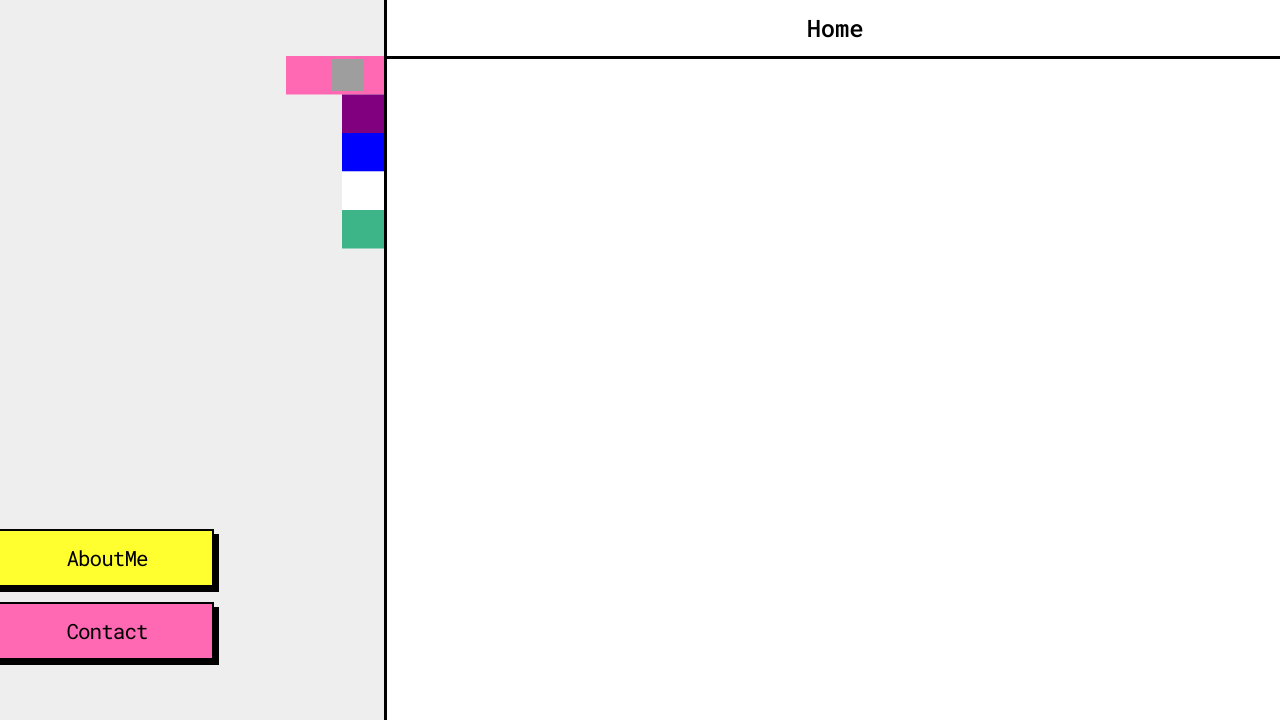
Repository: keesuk/__esuke_
Page: /Pigeon
These files come from the project's save history. The page is drawn as it stood at one moment and after the next save; the edit follows.
The browser window is 1280 px wide. The pictures show the whole page.
Pictures or frames that could not be fetched are drawn as grey boxes. The project was rebuilt for these pictures with package versions that can differ from the ones it lists, and the page was loaded fresh each time. Also part of the build but not shown: src/components/_AboutMe.jsx, src/components/_Contact.jsx, src/components/Left.js, src/components/Introduce.js, src/components/FolioList.js, src/pages/_Projects.jsx.

Above is the page before, as saved 2021-02-05 12:38:04.

### public/index.html
<!DOCTYPE html>
<html lang="kr">
  <head>
    <meta charset="utf-8" />
    <link rel="icon" href="%PUBLIC_URL%/favicon.ico" />
    <meta name="viewport" content="width=device-width, initial-scale=1" />
    <meta name="theme-color" content="#000000" />
    <meta
      name="description"
      content="Web site created using create-react-app"
    />
    <link rel="apple-touch-icon" href="%PUBLIC_URL%/logo192.png" />
    <link rel="manifest" href="%PUBLIC_URL%/manifest.json" />
    <title>React App</title>
  </head>
  <body>
    <div id="root"></div>
  </body>
</html>

### src/index.js
import React from 'react';
import ReactDOM from 'react-dom';
import './index.css';
import Root from './client/Root';
import reportWebVitals from './reportWebVitals';
import { createMuiTheme } from '@material-ui/core/styles';


createMuiTheme({
    typography: {
        useNextVariants: true,
        fontFamily: '"Noto Sans KR"'
    }
});

ReactDOM.render(<Root />, document.getElementById('root'));
reportWebVitals();

### src/index.css
@import url(https://fonts.googleapis.com/earlyaccess/notosanskr.css);
@import url(https://fonts.googleapis.com/css2?family=Roboto+Mono:wght@200;300;400;500;600;700&display=swap);

body {
    margin: 0;
    user-select: none;
    font-family: -apple-system, BlinkMacSystemFont, 'Segoe UI', 'Roboto', 'Oxygen','Ubuntu', 'Cantarell', 'Fira Sans', 'Droid Sans', 'Helvetica Neue',sans-serif;
    font-family: 'Roboto Mono', monospace !important;
    -webkit-font-smoothing: antialiased;
    -moz-osx-font-smoothing: grayscale;
    cursor: url("data:[embedded picture, 1918 characters]"), auto;
}

/* font-family: 'Noto Sans KR' !important; */

code {
    font-family: 'source-code-pro', 'Menlo', 'Monaco', 'Consolas', 'Courier New',monospace;
}

button {
    all: unset;
    cursor: url("data:[embedded picture, 2146 characters]"), pointer;
}

a {
    all: unset;
    cursor: url("data:[embedded picture, 2146 characters]"), pointer;
}

a:visited {
    color: inherit;
}

header {
    all: unset;
}

@keyframes effect {
    0%   { opacity: 0; }
    95%  { opacity: 0; }
    100% { opacity: 1; }
};

### src/client/Root.js
import React from "react";
import { BrowserRouter } from "react-router-dom";
import smoothscroll from 'smoothscroll-polyfill';
import App from "../shared/App";


const Root = () => {
    smoothscroll.polyfill()

    return(
        <BrowserRouter>
            <App/>
        </BrowserRouter>
    )
}

export default Root;

### src/shared/App.js
import { Component } from "react";
import { Route } from "react-router-dom";

import Index from "../components/Index"
import Home from "../components/Home"
import Menu from "../components/Menu"
import Left from "../components/Left"

import styled from "styled-components";
import Projects from "../pages/_Projects.jsx";

import { line_1, all_portFolio, app_Div } from "../_data/_Functions.jsx";

const RightDiv = styled.div`
    width: 70vw;
    margin-left: 30vw;
    z-index: 50;
    border-left: ${line_1};
    background-color: #FFF;
    ${app_Div}
`;
const LeftDiv = styled.div`
    width: 30vw;
    z-index: 0;
    background-color: #EEE;
    ${app_Div}
`;

class App extends Component {
    render() {
        return (<>
            <header>
                <Route path="/">
                    <Home/>
                    <Menu/>
                    <Index/>
                </Route>
            </header>
            <RightDiv>
                <Route exact path="/" component={Projects}/>
                {all_portFolio.map(v =>
                <Route
                    path={"/" + v["title"]}
                    key={v["title"]}
                    component={v["componentR"]}
                />)}
            </RightDiv>
            <LeftDiv>
                <Route path="/" component={Left}/>
            </LeftDiv>
        </>)
    }
}

export default App;

### src/components/Index.js
import React from 'react';
import styled from 'styled-components';
import { NavLink } from "react-router-dom";

import { all_portFolio } from '../_data/_Functions.jsx';

const width = 60
const hoverWidth = 140
const border = 4.5
const right = hoverWidth + 15
const height = width-5
const imgWidth = height - (border * 2)
const marginLeft = width

const IndexDiv = styled.div`
    @media all and (min-width:0px) and (max-width:1080px) {transform: scale(0.6, 0.6);}
    @media all and (min-width:1081px) {transform: scale(0.7, 0.7);}
    transform-origin: top right;
    transition: all .2s ;
    position: absolute;
    z-index: 50;
    width: ${width}px;
    margin-left: -${width}px;
    height: 50vh;
    left: 30vw;
    margin-top: 3.5em;
    float: right;

    &:hover {
        @media all and (min-width:0px) and (max-width:1080px) {transform: scale(0.9, 0.9);}
        @media all and (min-width:1081px) {transform: scale(1.0, 1.0);}
    }

    .active {
        width: ${hoverWidth}px;
    }
`;
const IndexContent = styled(NavLink)`
    width: ${width}px;
    height: ${height}px;
    float: right;
    padding: 0;
    white-space: nowrap;
    transition: all .2s ease;
    background-color: ${props => props.color};

    &:hover {
        width: ${hoverWidth}px;
    }
    &:active {
        width: ${hoverWidth + 12}px;
    }
    .img {
        margin-left: ${marginLeft}px;
        border: ${border}px solid ${props => props.color};
        width: ${imgWidth}px;
        height: ${imgWidth}px;
    }
    .title {
        right: ${right}px;
        height: ${height}px;
        transform: translateY(-80%);
        position: absolute;
        font-size: 18px;
        font-weight: 400;
        opacity: 0;
        display: none;
    }
    &:hover .title {
        opacity: 1;
        display: block;
    }
`;

const Index = () => {
    return (
        <IndexDiv>
            {all_portFolio.map(v =>
                <IndexContent
                    to={v["title"]}
                    key={v["title"]}
                    color={v["color"]}
                    activeClassName="active"
                >
                    <img className="img" src={v["img"]} alt={""}/>
                    <div className="title">{v["title"]}</div>
                </IndexContent>
            )}
        </IndexDiv>
    )
}

export default Index;

### src/components/Home.js
import React from 'react';
import styled from 'styled-components';
import { Link } from "react-router-dom";
import { line_1, rainbow } from '../_data/_Functions.jsx';


const HomeButton = styled.button`
    position: fixed;
    z-index: 100;
    border-left: ${line_1};
    border-bottom: ${line_1};
    background-color: white;
    width: 70vw;
    height: 3.5em;
    margin-left: 30vw;

    div {
        display: flex;
        font-size: 1.5em;
        font-weight: 500;
        width: 100%;
        justify-content: center;
        align-items: center;
        letter-spacing: -.01em;
    }
    &:after {
        content: "";
        position: absolute;
        width: 30%;
        height: .15em;
        left: 35%;
        right: 35%;
        top: 50%;
        bottom: 50%;
        visibility: hidden;
        background: ${rainbow};
    }
    &:hover:after {
        visibility: visible;
    }
`;

const Home = () => {
    return(
        <Link to="/">
            <HomeButton>
                <div>Home</div>
            </HomeButton>
        </Link>
    )
}
export default Home;

### src/components/Menu.js
import { Component } from "react";
import styled from 'styled-components';
import AboutMe from "../components/_AboutMe.jsx";
import Contact from "../components/_Contact.jsx";

import { line_3, menu_menu, menu_aboutMe } from '../_data/_Functions.jsx';

const MenuDiv = styled.div`
    position: fixed;
    z-index: 1000;
    display: grid;
    grid-gap: 15px;
    margin-left: -30px;
    bottom: 60px;
`;
const MenuObj = styled.div`
    button {
        padding-left: 30px;
        width: 210px;
        height: 54px;
        border: ${line_3};
        box-shadow: 5px 5px black;

        .open {
            font-weight: 400;
            font-size: 21px;
            width: 210px;
            letter-spacing: -1px;
            text-align: center;
            align-items: auto;
        }
        .close {
            position: absolute;
            color: white;
            z-index: 100;
            margin-left: ${props => props.leftText};
            margin-top: ${props => props.marginText};
            font-size: 12px;
            font-weight: 600;
            white-space: nowrap;
            transform: rotate(-90deg);
        }
    }
    .postIt {
        &:hover {
            text-decoration-line: line-through;
            text-decoration-thickness: 3.5px;
            box-shadow: 6px 6px 6px #999;
        }
        &:active {
            text-decoration-line: line-through;
            text-decoration-thickness: 2px;
            box-shadow: 2px 2px 2px #666;
        }
    }
    .postItAfter {
        width: ${props => props.width};
        box-shadow: none;
        border-right: 0px;

        &:hover {
            box-shadow: -4px 3.5px 3.5px rgba(0, 0, 0, .5);
        }
        &:after {
            content: "";
            position: absolute;
            width: 58px;
            height: ${props => props.height};
            left: ${props => props.left};
            margin-top: ${props => props.margin};
            background-color: black;
        }
        &:hover:after {
            box-shadow: 0em -.1em .8em rgba(0, 0, 0, .3);
        }
        &:before {
            content: "";
            position: absolute;
            left: ${props => props.left};
            margin-top: -29px;
            width: 0;
            height: 0;
            border-style: solid;
            border-width: 58px 58px 0 0;
            border-color: black transparent transparent transparent;
        }
    }
`;

class Menu extends Component {
    constructor(props){
        super(props)
        this.state = {
            menu: {},
            aboutMe: {},
        }
        this.postItHandler = this.postItHandler.bind(this)
        this.postItClose = this.postItClose.bind(this)
        this.postItReorder = this.postItReorder.bind(this)
    }

    componentDidMount(){
        this._menu()
        this._aboutMe()
    }
    _menu(){
        const menuObj = {}

        menu_menu.map(v => Object.assign(menuObj, {
            [v.title] : false
        }))
        this.setState({ menu : menuObj })
    }
    _aboutMe(){
        const aboutMeObj = {}

        menu_aboutMe.map(v => Object.assign(aboutMeObj, {
            [menu_aboutMe.indexOf(v)] : {
                "value": menu_aboutMe.indexOf(v),
                "bool" : false
        }}))
        this.setState({ aboutMe : aboutMeObj })
    }
    postItHandler(v){
        const bool = this.state.menu[v]
        const menuObj = this.state.menu
        const aboutMeObj = this.state.aboutMe

        if(v === "AboutMe"){
            if(bool === true){
                for(let key in aboutMeObj){
                    aboutMeObj[key]["value"] = parseInt(key)
                    aboutMeObj[key]["bool"] = false
            }}else{
                for(let key in aboutMeObj){
                    aboutMeObj[key]["bool"] = true
        }}}
        menuObj[v] = !bool

        this.setState({
            menu : menuObj,
            aboutMe : aboutMeObj
        })
    }
    postItClose(num){
        const aboutMeObj = this.state.aboutMe
        aboutMeObj[num]["bool"] = false

        this.setState({ aboutMe : aboutMeObj })
    }
    postItReorder(num){
        const aboutMeObj = this.state.aboutMe
        const last = Object.keys(aboutMeObj).length-1

        for(let key in aboutMeObj) aboutMeObj[key]["value"]--

        aboutMeObj[num]["value"] = last
        this.setState({ aboutMe : aboutMeObj })
    }


    render(){
        const { menu, aboutMe }  = this.state

        return(<>
            {menu["AboutMe"]
                ? menu_aboutMe.map((v, i) =>
                    aboutMe[i]["bool"]
                    ? <AboutMe
                        close={this.postItClose}
                        order={this.postItReorder}
                        value={aboutMe[i]["value"]}
                        tape={v["tape"]}
                        width={v["width"]}
                        color={v["color"]}
                        borColor={v["borColor"]}
                        content={v["content"]}
                        key={i}
                        num={i}/>
                    : null)
                : null
            }
            {menu["Contact"]
                ? <Contact/>
                : null
            }
            <MenuDiv>
                {menu_menu.map(v =>
                    <MenuObj
                        left={v["left"]}
                        leftText={v["leftText"]}
                        margin={v["margin"]}
                        marginText={v["marginText"]}
                        height={v["height"]}
                        width={v["width"]}
                        key={v["title"]}
                    >
                        <button
                            onClick={()=> this.postItHandler(v["title"])}
                            className={menu[v["title"]] ? "postItAfter": "postIt"}
                            style={{backgroundColor: v["color"]}}
                        >
                            {menu[v["title"]]
                                ? <div className="close">Close All</div>
                                : <div className="open">{v["title"]}</div>
                            }
                        </button>
                    </MenuObj>
                )}
            </MenuDiv>
        </>)
    }
}

export default Menu;

### src/_data/_Functions.jsx
import Pigeon from "../pages/_Pigeon.jsx"
import Ruler from "../pages/_Ruler.jsx"
import Onvoyage from "../pages/_Onvoyage.jsx"
import Gmf from "../pages/_Gmf.jsx"
import Samsara from "../pages/_Samsara.jsx"

import PigeonImg from "./img/Pigeon.png"
import RulerImg from "./img/Ruler.png"
import OnvoyageImg from "./img/Onvoyage.png"
import GmfImg from "./img/Gmf.png"
import SamsaraImg from "./img/Samsara.png"

export const yellow = "#ffff2f"
export const deepYellow = "#ccaa66"

export const purple = "rgba(200, 100, 250, .8)"
export const red = "rgba(250, 100, 250, .8)"
export const cyan = "rgba(100, 250, 250, .8)"
export const green = "rgba(150, 250, 80, .8)"

export const pink = "hotpink"
export const rainbow = "linear-gradient(to right, red, orange, yellow, green, cyan, blue, violet)"

export const paperTexture = "https://media.istockphoto.com/photos/paper-texture-background-picture-id667786998?b=1&k=6&m=667786998&s=612x612&w=0&h=8lcKr0m8Vs8JUUHGa7Dz7CZa5ln-xsD5on7nLFKRg8c="

export const blueS = (opacity) => `rgba(0, 0, 250, ${opacity})`
export const redS = (opacity) => `rgba(250, 60, 0, ${opacity})`
export const greenS = (opacity) => `rgb(0, 250, 0, ${opacity})`

export const line_1 = ".19em solid black"
export const line_2 = ".13em solid"
export const line_3 = "2px solid black"
export const line_4 = "2em solid rgba(250, 250, 0, .8)"

export const app_Div = `
    position: fixed;
    overflow: scroll;
    height: 91vh;
    padding-top: 9vh;
`

export const introDiv_introduce = "Keesuk Lee is a graphic Designer and Developer living in Seoul, S.Korea."

export const projects_link = [
    {
        "title" : "Instagram",
        "link" : "https://www.instagram.com/keesukeeeeee/",
        "color": "#F58529, #DD2A7B, #8134AF, #515BD4"
    }, {
        "title" : "Github",
        "link" : "https://github.com/keesuk",
        "color": "#216e39, #30a14e, #40c463"
    }
]
export const all_portFolio = [
    {
        "title": "Pigeon",
        "category": "Editorial",
        "color" : "hotpink",
        "img" : PigeonImg,
        "componentR" : Pigeon,
        "componentL" : null,
    },{
        "title": "Samsara",
        "category": "Poster",
        "color" : "purple",
        "img" : SamsaraImg,
        "componentR" : Samsara,
        "componentL" : null,
    },{
        "title": "Ruler",
        "category": "Editorial",
        "color" : "blue",
        "img" : RulerImg,
        "componentR" : Ruler,
        "componentL" : null,
    },{
        "title": "on Voyage",
        "category": "VR UI/UX",
        "color" : "white",
        "img" : OnvoyageImg,
        "componentR" : Onvoyage,
        "componentL" : null,
    },{
        "title": "GMF Festival",
        "category": "Branding",
        "color" : "#3EB489",
        "img" : GmfImg,
        "componentR" : Gmf,
        "componentL" : null,
    },
]
export const menu_menu = [
    {
        "title" : "AboutMe",
        "color": yellow,
        "left" : "122px",
        "leftText" : "86px",
        "height" : "66px",
        "margin" : "-95px",
        "marginText" : "-57px",
        "width" : "90px"
    }, {
        "title" : "Contact",
        "color": pink,
        "left" : "48px",
        "leftText" : "13px",
        "height" : "139px",
        "margin" : "-168px",
        "marginText" : "-130px",
        "width" : "16px"
    }
]
export const menu_aboutMe = [
    {
        "content" : "",
        "width" : "300px",
        "color" : "white",
        "borColor" : "#aaa",
        "tape" : {
            "angle" : randomize([-30, -20, -10, -5, 2, 10, 20, 30]),
            "color" : randomize([purple, red]),
            "length" :"80px",
        }
    },{
        "content" : "",
        "width" : "300px",
        "color" : "white",
        "borColor" : "#aaa",
        "tape" : {
            "angle" : randomize([-36, -27, -13, -7, 5, 13, 27, 36]),
            "color" : randomize([cyan, green]),
            "length" : "160px",
        }
    },{
        "content" : "",
        "width" : "200px",
        "color" : yellow,
        "borColor" : deepYellow,
        "tape" : null,
    },{
        "content" : "",
        "width" : "200px",
        "color" : yellow,
        "borColor" : deepYellow,
        "tape" : null,
    },{
        "content" : "",
        "width" : "200px",
        "color" : yellow,
        "borColor" : deepYellow,
        "tape" : null,
    },{
        "content" : "",
        "width" : "200px",
        "color" : yellow,
        "borColor" : deepYellow,
        "tape" : null,
    },{
        "content" : "",
        "width" : "200px",
        "color" : yellow,
        "borColor" : deepYellow,
        "tape" : null,
    },{
        "content" : "",
        "width" : "200px",
        "color" : yellow,
        "borColor" : deepYellow,
        "tape" : null,
    }
]


export function randomize(items) {
    const item = items[Math.floor(Math.random() * items.length)]
    return item
}

export function change(items) {
    let i = 0

    function changeRe(items){
        i = (i+1) % items.length
        return items[i]
    }
    return changeRe(items)
}

export function move(arr, from, to){
    return arr.splice(to, 0, arr.splice(from, 1)[0])
}

export function findObject(obj, boolean) {
    let arr = obj

    if (!Array.isArray(arr)) arr = Object.values(arr)

    return arr.find((value) => {
        return value.bool === boolean
    })
}

### src/pages/_Pigeon.jsx
import styled from 'styled-components';

const _Pigeon = () => {
    return(<>
        <div>
        </div>
    </>)
}

export default _Pigeon;

### src/pages/_Ruler.jsx
const Ruler = () => {
    return(
        null
    )
}

export default Ruler;

### src/pages/_Onvoyage.jsx
const _Onvoyage = () => {
    return(
        null
    )
}

export default _Onvoyage;

### src/pages/_Gmf.jsx
const _Gmf = () => {
    return(
        null
    )
}

export default _Gmf;

### src/pages/_Samsara.jsx
const Samsara = () => {
    return(
        null
    )
}

export default Samsara;

Loaded but not shown: src/reportWebVitals.js (common file)

After the next save:
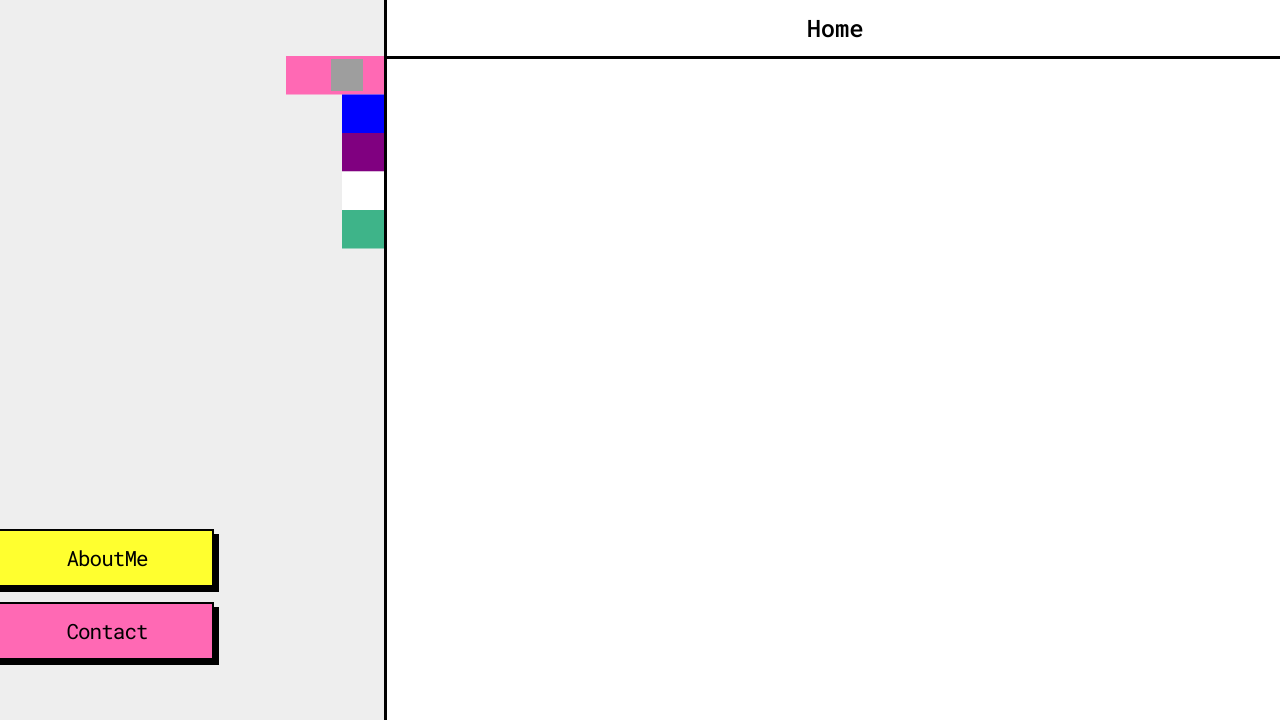
Saved 49 s later.
--- a/src/_data/_Functions.jsx
+++ b/src/_data/_Functions.jsx
@@ -61,18 +61,18 @@
         "componentR" : Pigeon,
         "componentL" : null,
     },{
+        "title": "Ruler",
+        "category": "Editorial",
+        "color" : "blue",
+        "img" : RulerImg,
+        "componentR" : Ruler,
+        "componentL" : null,
+    },{
         "title": "Samsara",
         "category": "Poster",
         "color" : "purple",
         "img" : SamsaraImg,
         "componentR" : Samsara,
-        "componentL" : null,
-    },{
-        "title": "Ruler",
-        "category": "Editorial",
-        "color" : "blue",
-        "img" : RulerImg,
-        "componentR" : Ruler,
         "componentL" : null,
     },{
         "title": "on Voyage",
